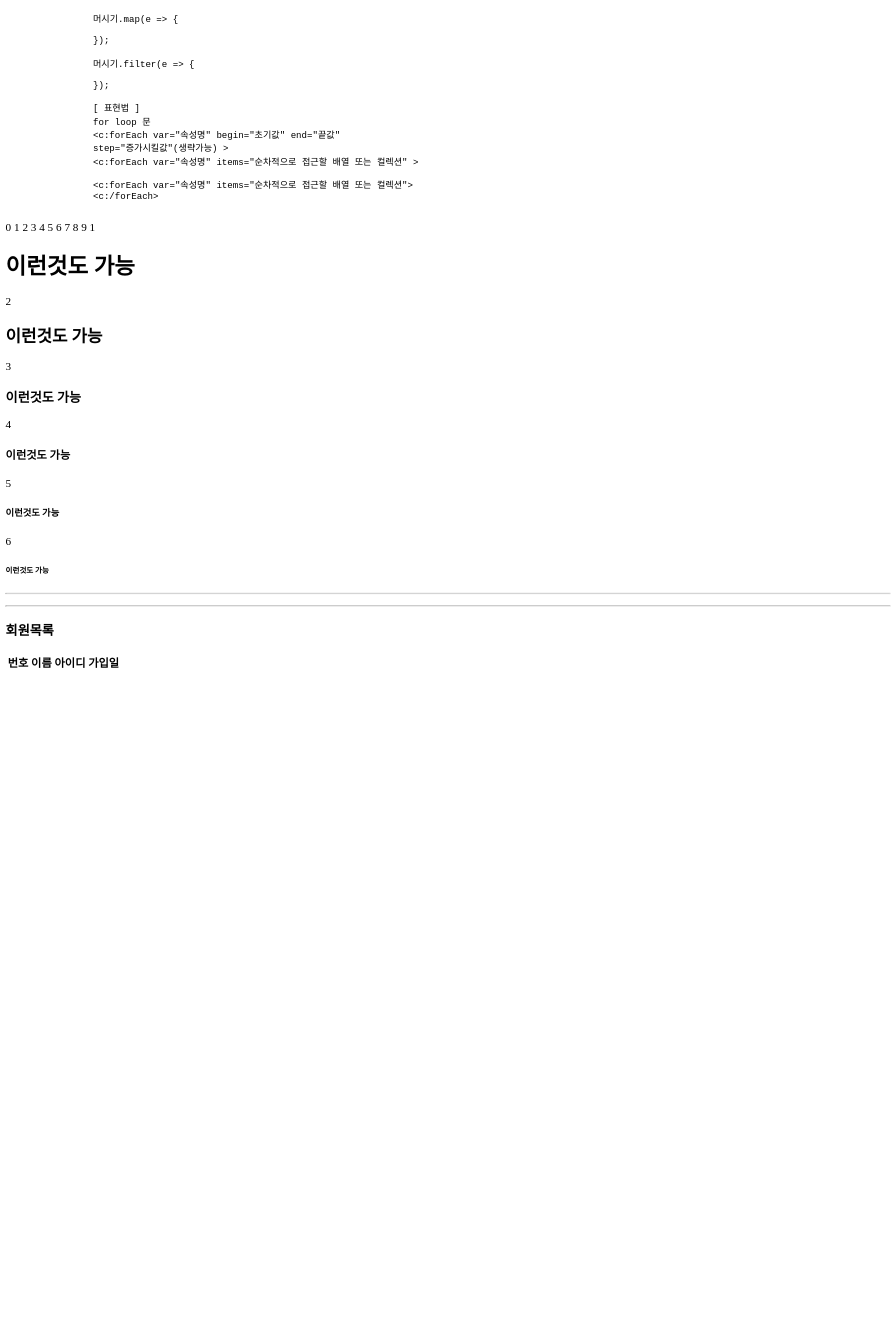
Repository: parkjin-sol/web-workplace
Page: http://localhost/McdonaldProject/WEB-INF/views/jstl/JSTL.jsp
These files come from the project's save history. The page is drawn as it stood at one moment and after the next save; the edit follows.
The browser window is 1280 px wide. The pictures show the part of the page from y = 700 to 2620 px (the page is 2753 px tall before and 2777 px after), at 70% of full size.
The page is served by Tomcat 9. Nobody is signed in. Other server files are loaded and not shown. The template is opened directly, without the code that normally fills it, so the values that code supplies are empty.

Above is the page before, as saved 2025-03-11 07:49:09.

### McdonaldProject/src/main/webapp/WEB-INF/views/jstl/JSTL.jsp
<%@ page language="java" contentType="text/html; charset=UTF-8"
    pageEncoding="UTF-8"%>
<%@ taglib prefix="c" uri = "http://java.sun.com/jsp/jstl/core" %>
<!DOCTYPE html>
<html>
<head>
<meta charset="UTF-8">
<title>만드셨나용?</title>
</head>
<body>

	<h1>JSTL이란...?</h1>

	<p>
		JSP Standard Tag Library JSP에서 사용할 수 있는 커스텀 액션 태그 <br>
		공통적으로 사용해야하는 코드들을 보다 쉽게 사용할 수 있도록
		태그화해서 표준으로 제공하는 라이브러리

	</p>

	<hr>

	<p>
		JSTL을 사용하기 위해선 먼저 라이브러리를 추가해준 후 <br>
		JSTL을 사용하고자 하는 JSP페이지 상단에 선언을 해주어야함!! <br>
	</p>


	<% if(true){ %>
		ABCDE
	<%	} %>

	<h2>Core 라이브러리 실전압축핵심요약 빠르게 배우고 넘어가기</h2>


	<p>
		if라는 태그를 작성하여 조건문을 만들어 낼 수 있음
		- Java에서의 단일 if문과 똑같은 역할을 할 수 있는 태그 <br>
		- 조건식은 test라는 속성에 작성
		(제발 부탁드립니다.. 조건식을 만들때 반드시 EL 구문으로 작성해주세요)

	</p>
	<br>

	<c:if test="${ 1 lt 2 }">
	<strong> 1이 2보다 작습니다. </strong>
	</c:if>

	<c:if test="${ 1 gt 2 }">
		<strong>1이 2보다 큽니다.</strong>
	</c:if>

	<c:if test="${ '안녕하세요' ne '반갑습니다' }">
		<mark>안녕하세요와 반갑습니다는 같지 않습니다.</mark>
	</c:if>

	<hr>

	<h3>2) choose, when, otherwise</h3>

	<!-- point라는 키값으로 value가 넘어옴 -->

	<!--
		포인트 사용량이 100이하라면 일반회원이라고 출력해주고 싶음
		포인트 사용량이 300이하라면 우수회원이라고 출력해주고 싶음
		앞의 두 케이스에 걸리지 않을 시 최우수회원이라고 출력해주고 싶음
	-->

	choose에는 when 아니면 otherwise만 넣을 수 있음

	<c:choose>
		<c:when test="${ point le 100 }">
			일반회원 <br>
		</c:when>
		<c:when test="${ point le 300 }">
			<label style ="color: gold;">우수회원</label>
		</c:when>
		<c:otherwise>
			<mark style="color: white; background-color: black;">최우수회원</mark>
		</c:otherwise>
	</c:choose>

	<h3>3) 반복문 - forEach </h3>

	<pre>
		자바스크립트에서 주로 쓰는 반복문 :

		for(let i = 0; i < 10; i++) {};

		for(let i in list) {};

		for(let of list) {};

		머시기.map(e => {

		});

		머시기.filter(e => {

		});

		[ 표현법 ]
		for loop 문
		&lt;c:forEach var="속성명" begin="초기값" end="끝값"
		step="증가시킬값"(생략가능) &gt;
		&lt;c:forEach var="속성명" items="순차적으로 접근할 배열 또는 컬렉션" &gt;

		&lt;c:forEach var="속성명" items="순차적으로 접근할 배열 또는 컬렉션"&gt;
		&lt;c:/forEach&gt;
	</pre>

	<c:forEach var="i" begin="0" end="9">
		${ i }

	</c:forEach>

	<c:forEach var="i" begin="1" end="6">
    		${ i }
			<h${i}> 이런것도 가능</h${i}>
    </c:forEach>

    <hr>

    <ul>
     	<c:forEach var="c" items="${ colors }">
    		<li style="color: ${c}">${ c }</li>
    	</c:forEach>
    </ul>

    <hr>

    <h3>회원목록</h3>
    <!--
    	caption,
    	thead, tbody, tfoot
    	tr
    	th, td
     -->

    <table>
    	<thead>
    		<tr>
    			<th>번호</th>
    			<th>이름</th>
    			<th>아이디</th>
    			<th>가입일</th>
    		</tr>
    	</thead>
    	<tbody>
    		<!-- 조회결과가 있는지 없는지 확인 -->
    		<!--
    			조건식 만들때 필요한것
    			최소 한 개 이상의 값
    		 -->
    		<c:choose>
    			<c:when test="${ empty requestScope.users }">

    				<tr>
    					<td colspan= "4">
    				</tr>

    			</c:when>
    			<c:otherwise>

    			</c:otherwise>
    		</c:choose>

    	</tbody>


    </table>




	<br><br><br><br><br><br><br><br><br><br><br><br><br><br><br>
	<br><br><br><br><br><br><br><br><br><br><br><br><br><br><br>
	<br><br><br><br><br><br><br><br><br><br><br><br><br><br><br>
	<br><br><br><br><br><br><br><br><br><br><br><br><br><br><br>

</body>
</html>

After the next save:
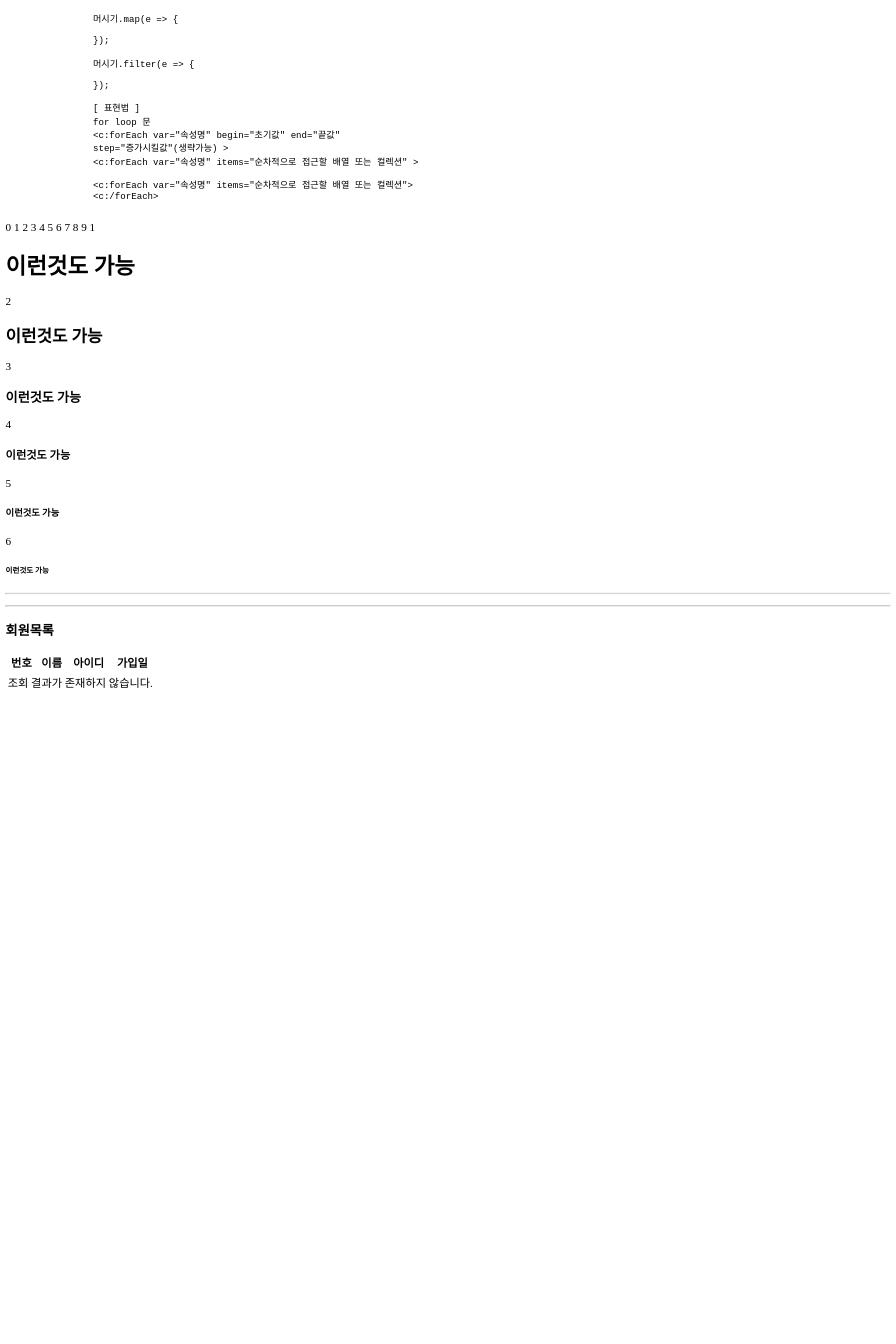
Saved 12 s later.
--- a/McdonaldProject/src/main/webapp/WEB-INF/views/jstl/JSTL.jsp
+++ b/McdonaldProject/src/main/webapp/WEB-INF/views/jstl/JSTL.jsp
@@ -156,7 +156,7 @@
     			<c:when test="${ empty requestScope.users }">
 
     				<tr>
-    					<td colspan= "4">
+    					<td colspan= "4"> 조회 결과가 존재하지 않습니다. </td>
     				</tr>
 
     			</c:when>
